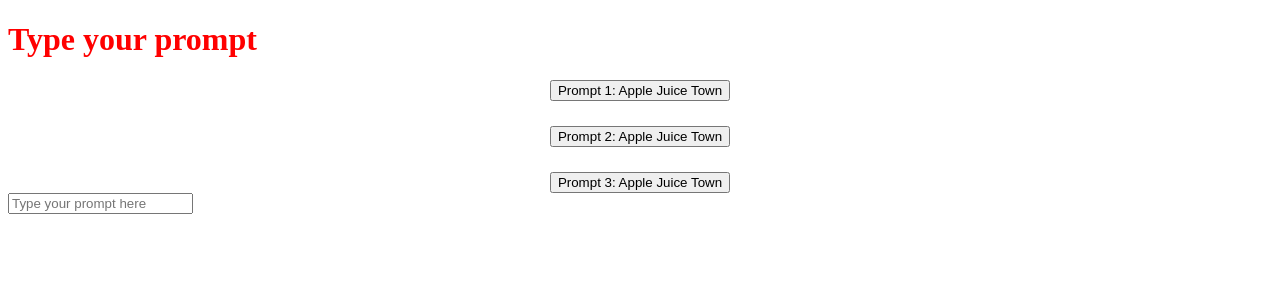
Repository: Appl3Kitti3/PROJECT_4537
Page: ClientSide/index.html
These files come from the project's save history. The page is drawn as it stood at one moment and after a run of saves; the edit follows.
The browser window is 1280 px wide. The pictures show the whole page.

Above is the page before, as saved 2024-10-17 20:57:50.

After the next 2 saves:
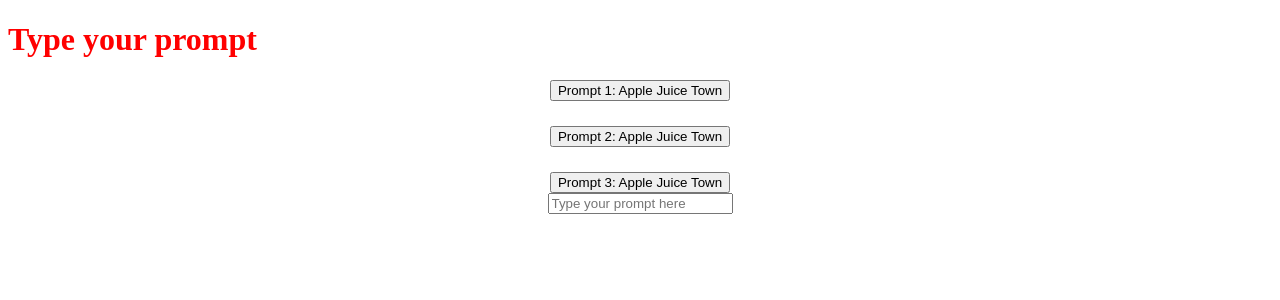
The 2 saves are shown as one change because they came seconds apart.
The last was saved 10 s later.
--- a/ClientSide/index.html
+++ b/ClientSide/index.html
@@ -35,7 +35,7 @@
             class="ai_generated_prompt">Prompt 3: Apple Juice Town </button>
 
         </div>
-        <div>
+        <div class="main_container">
             <form>
                 <input type="text" id="prompt" placeholder="Type your prompt here" />
             </form>
